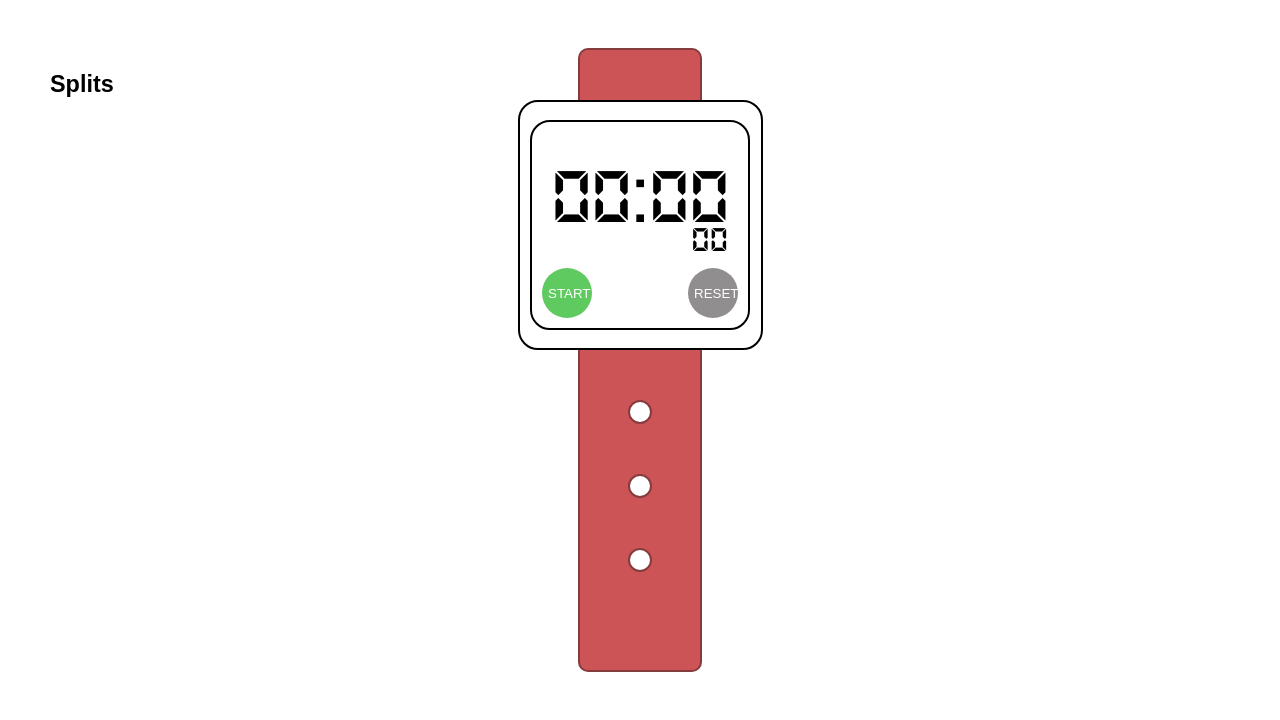
Repository: konstantin0s/lab-chronometer
Page: index.html
These files come from the project's save history. The page is drawn as it stood at one moment and after the next save; the edit follows.
The browser window is 1280 px wide. The pictures show the whole page.

Above is the page before, as saved 2019-02-04 17:57:59.

After the next save:
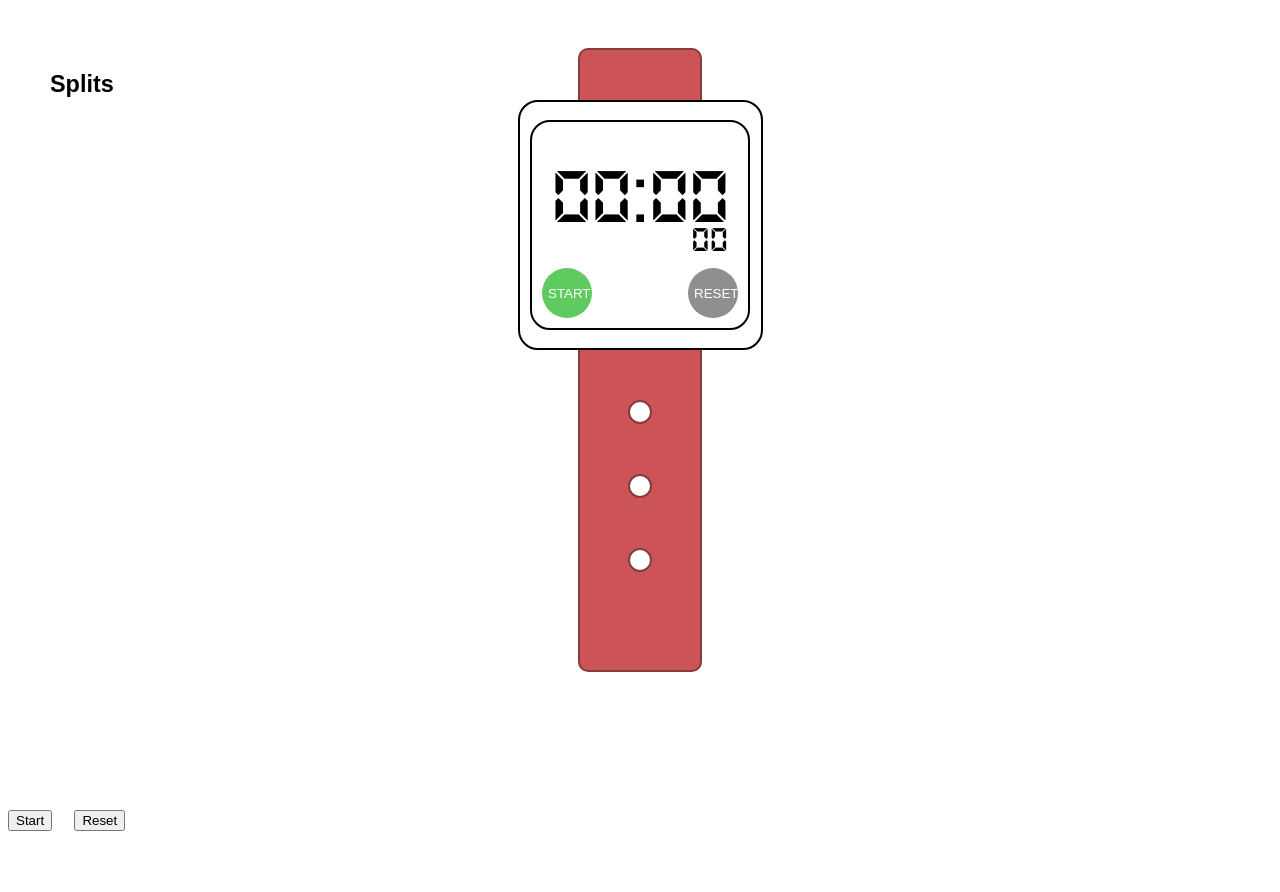
Saved 94 s later.
--- a/index.html
+++ b/index.html
@@ -35,6 +35,12 @@
     <div class="hole"></div>
   </div>
 
+  <p id="output"></p>
+  <div id="controls">
+    <button id="startPause" onclick="">Start</button>
+    <button>Reset</button>
+  </div>
+
   <!-- <script src="javascripts/utils.js"></script>
   <script src="javascripts/chronometer.js"></script>
   <script src="javascripts/main.js"></script> -->
